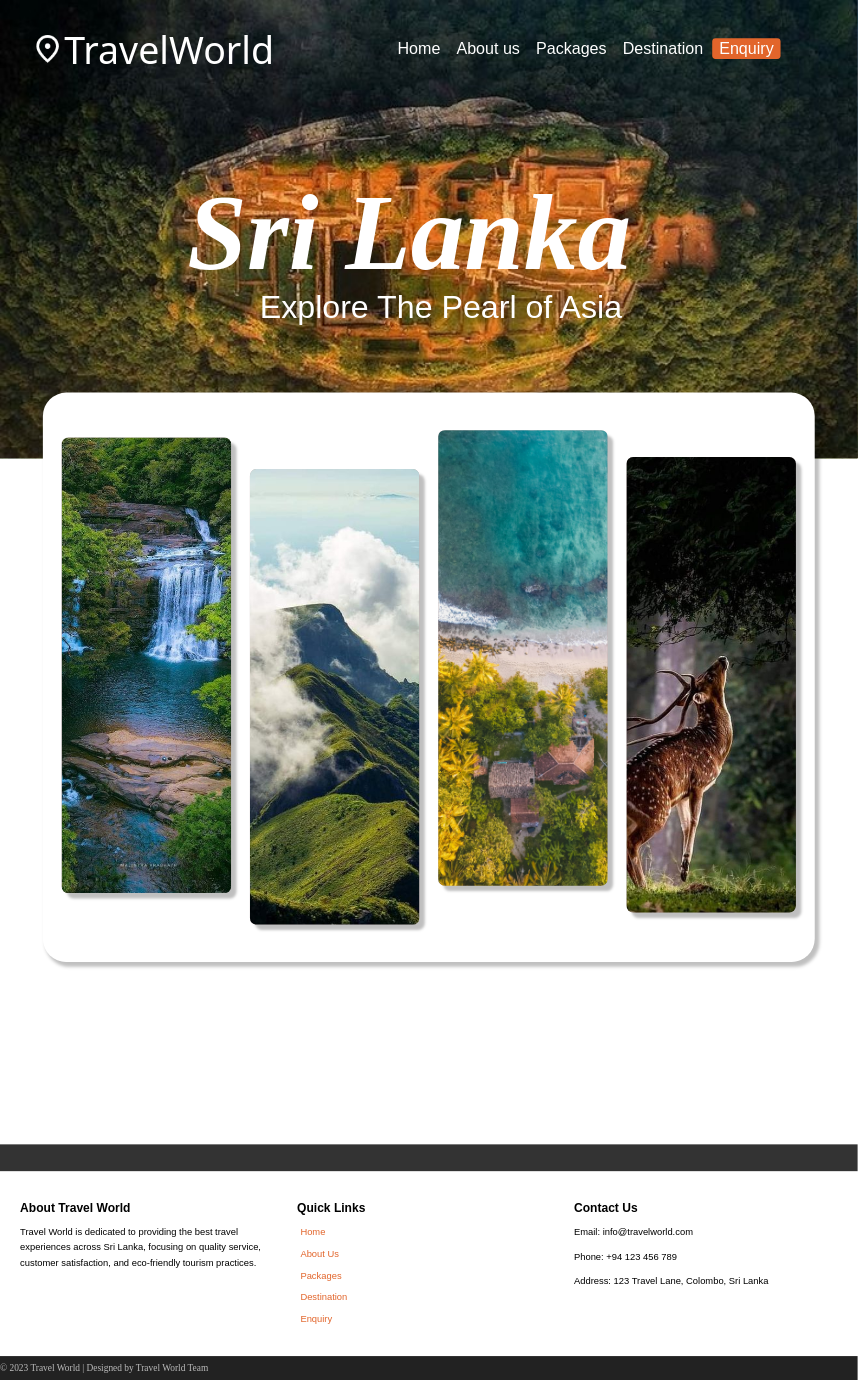
Repository: Haakim19/TavelWorld
Page: HTML/Packages.html
The author's editor kept a copy of each file at every save. The page is drawn from the files as they stood at one save, then again after the next save.
The browser window is 1280 px wide. The pictures show the whole page, at 67% of full size.
Some web fonts or font styles are not loaded; a fallback is used.

Above is the page before, as saved 2024-11-03 17:22:39.

After the next save:
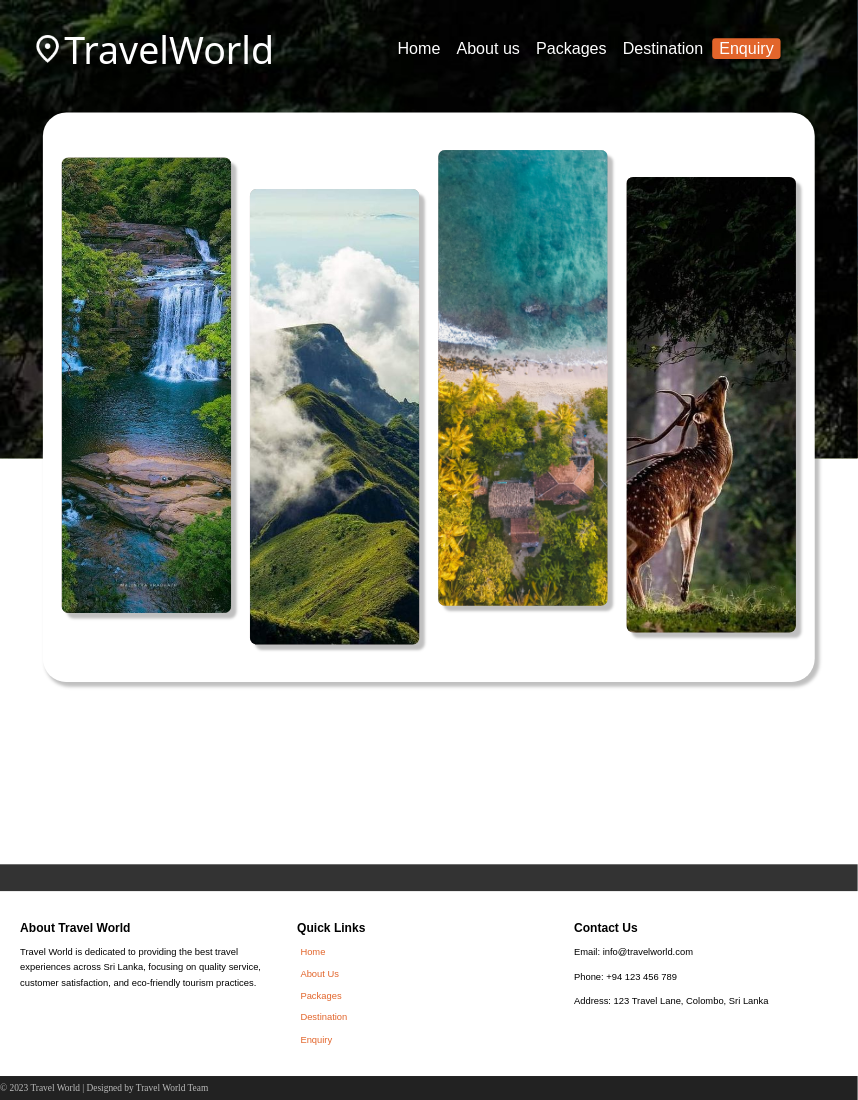
Saved 62 s later.
--- a/HTML/Packages.html
+++ b/HTML/Packages.html
@@ -29,15 +29,9 @@
                 </div>
             </nav>
             <!-- Hero Section -->
-            <section class="hero">
-                <div class="hero-overlay">
-                    <h1>Sri Lanka</h1>
-                    <p>Explore The Pearl of Asia</p>
-                </div>
-            </section>
             <img class="hero-img" src="../Assets/Images/img.jpeg" alt="">
         </section>
-        <img class="hero-img" src="../Assets/Images/Pic01.jpg" alt="">
+        <img class="hero-img" src="../Assets/Images/Wild.jpg" alt="">
         <div class="container">
             <div class="box box1">
                 <img src="../Assets/Images/Pic05.jpg" alt="">
